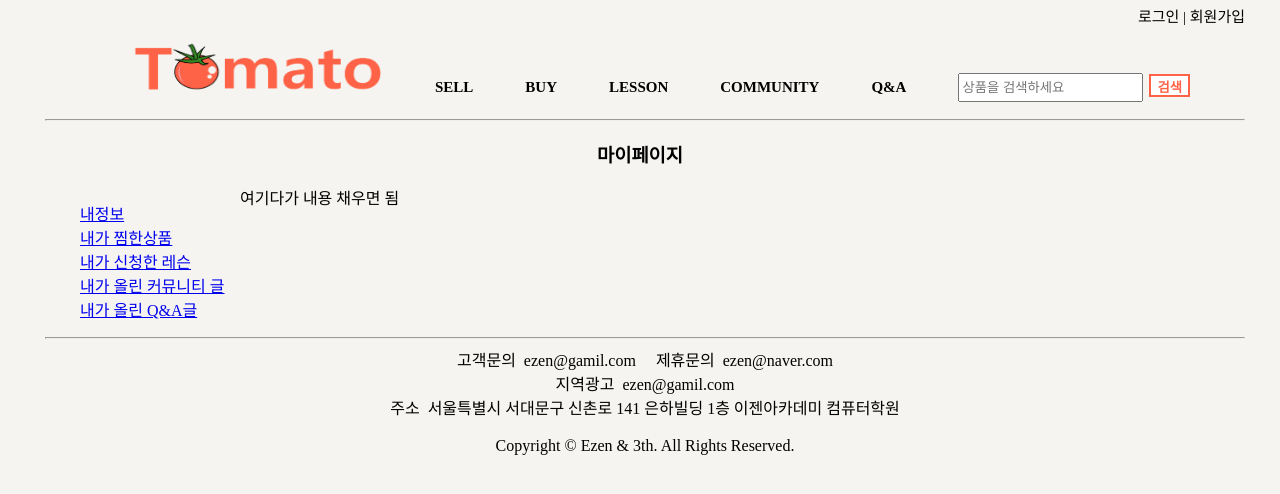
Repository: javadogfoot/semi-project
Page: http://localhost/tomato/member/mypage_qna.jsp
The author's editor kept a copy of each file at every save. The page is drawn from the files as they stood at one save, then again after the next save.
The browser window is 1280 px wide. The pictures show the whole page.
The page is served by Tomcat 9. Queries for data that is not in the repository find no rows.

Above is the page before, as saved 2021-10-15 05:29:46.

After the next save:
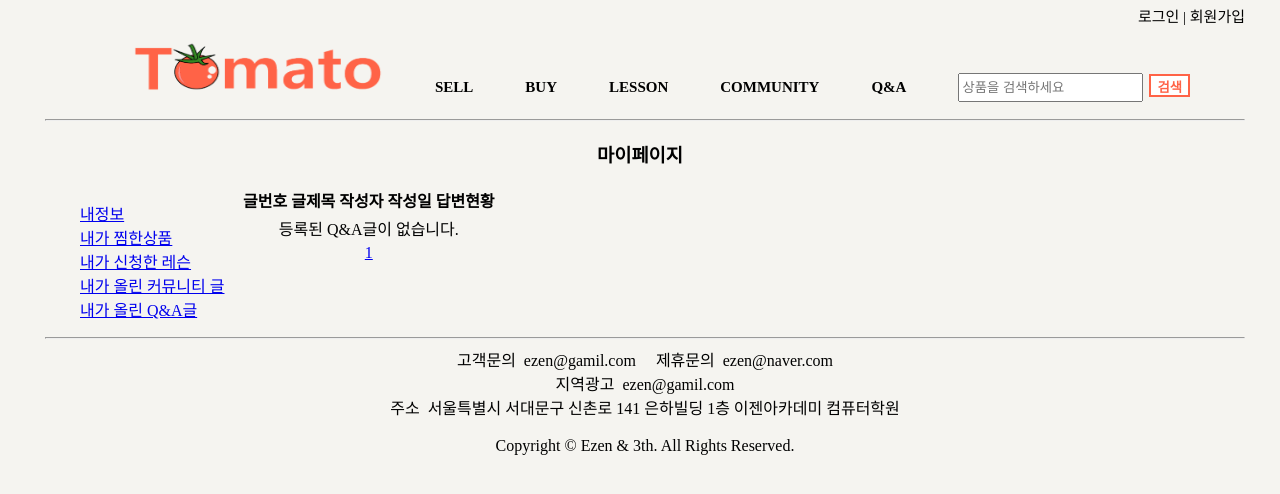
Saved 25 s later.
--- a/semi프로젝트워크스페이스/tomato/src/main/webapp/member/mypage_qna.jsp
+++ b/semi프로젝트워크스페이스/tomato/src/main/webapp/member/mypage_qna.jsp
@@ -70,7 +70,74 @@ if(cp%pageSize==0)userGroup--;
 	</section>
 </aside>
 <section>
-여기다가 내용 채우면 됨
+       <article>
+         <table>
+			<thead>
+				<tr>
+					<th>글번호</th>
+					<th>글제목</th>
+					<th>작성자</th>
+					<th>작성일</th>
+					<th>답변현황</th>
+				</tr>
+			</thead>
+			<tfoot>
+				<tr>
+					<td colspan="5" align="center">
+					<%
+					if(userGroup!=0){
+					   %>
+					   <a href="qnaListAll_admin.jsp?cp=<%=(userGroup-1)*pageSize+pageSize%>">&lt;&lt;</a>
+					   <%
+					}
+					%>
+					<%
+					for(int i=userGroup*pageSize+1;i<=userGroup*pageSize+pageSize;i++){
+					   %>&nbsp;&nbsp;&nbsp;<a href="qnaListAll_admin.jsp?cp=<%=i%>"><%=i%></a>&nbsp;&nbsp;&nbsp;<%
+					   if(i==totalPage){
+					      break;
+					   }
+					}
+					%>
+					<%
+					if(userGroup!=(totalPage/pageSize)-(totalPage%pageSize==0?1:0)){
+					   %>
+					   <a href="qnaListAll_admin.jsp?cp=<%=(userGroup+1)*pageSize+1%>">&gt;&gt;</a>
+					   <%
+					}
+					%>
+					</td>
+				</tr>
+			</tfoot>
+			<tbody>
+      		<%
+      		ArrayList<QnaDTO> arr=qdao.qnaList(cp,listSize);
+      		if(arr==null||arr.size()==0){
+      			%>
+      			<tr>
+      				<td colspan="5" align="center">
+      				등록된 Q&A글이 없습니다.
+      				</td>
+      			</tr>
+      			<%
+      		}else {
+      			for(int i=0;i<arr.size();i++){
+      				%>
+      				<tr>
+	     				<td><%=arr.get(i).getQ_idx() %></td>
+	     				<td><a href="/tomato/qna/qnaContent.jsp?q_idx=<%=arr.get(i).getQ_idx() %>"><%=arr.get(i).getQ_sub() %></a></td>
+	     				<td><%=arr.get(i).getM_name() %></td>
+	     				<td><%=arr.get(i).getQ_joindate() %></td>
+	     				<td><%=arr.get(i).getQ_status() %></td>
+	     				<td><a href="/tomato/admin/qnaDel_admin.jsp?q_idx=<%=arr.get(i).getQ_idx() %>">삭제</a></td>
+     				</tr>
+      				<%
+      			}
+      		}
+      		%>
+      	  </tbody>
+		  </table>
+  	   </article>
 </section>
 <%@include file="/footer.jsp" %>
 </body>
